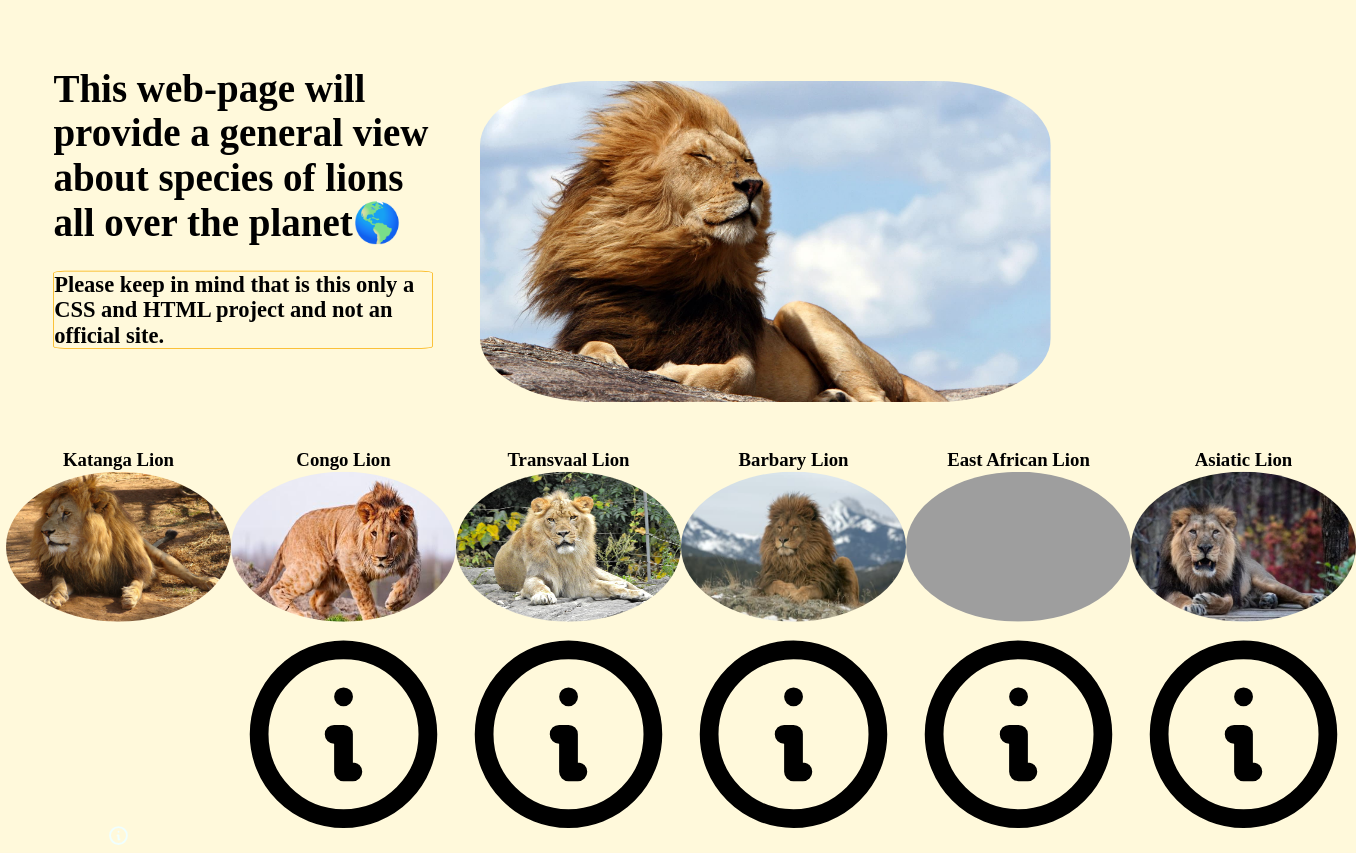
Repository: GeorgeManias/lions_project
Page: index.html
The author's editor kept a copy of each file at every save. The page is drawn from the files as they stood at one save, then again after the next save.
The browser window is 1280 px wide. The page is 1808 px wide, so the pictures cover 1808 px, including what lies to the right of the window. The pictures show the whole page, at 75% of full size.
Pictures or frames that could not be fetched are drawn as grey boxes.

Above is the page before, as saved 2021-11-03 21:14:21.

After the next save:
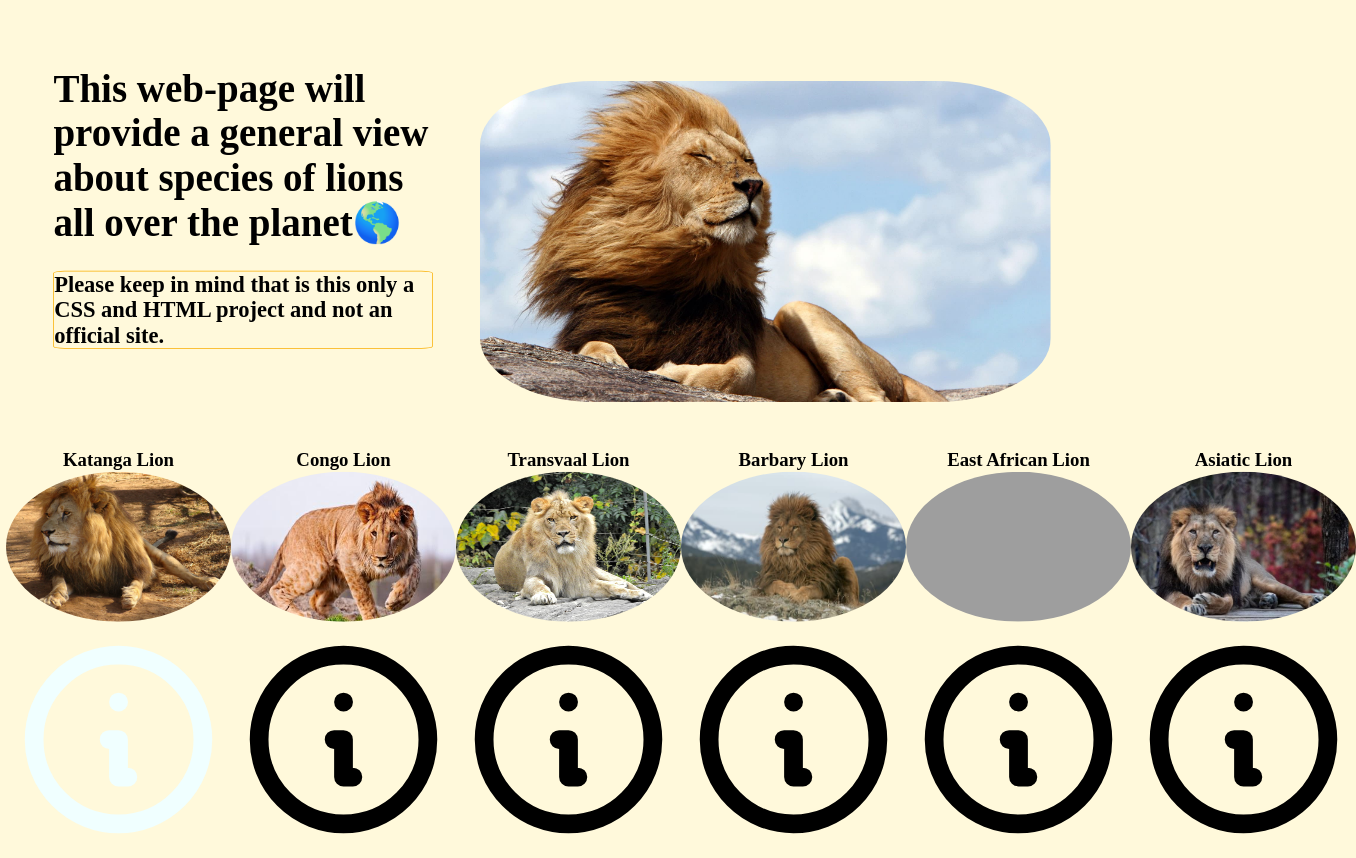
Saved 66 s later.
--- a/index.css
+++ b/index.css
@@ -115,7 +115,7 @@ header {
 
 .info_svg {
   margin-top: 2.2%;
-  width: 10%;
+  width: 100%;
   stroke: azure;
 }
 
